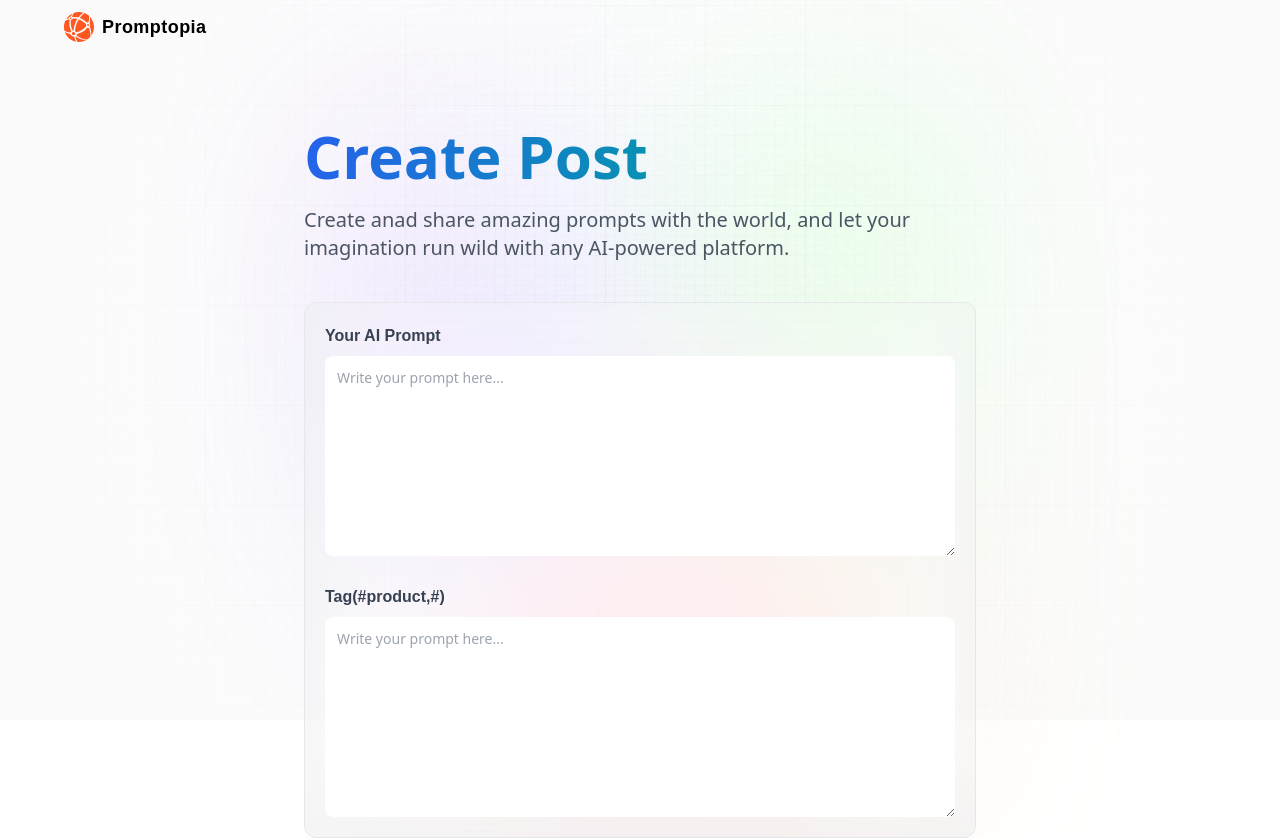
Repository: shraddesh123/promptAI
Page: /create-prompt
An editor plug-in stored every save of this project. The page is shown before and after a run of saves, followed by the edit.
The browser window is 1280 px wide. The pictures show the whole page.
The page's requests for data from a server got no answer. The project was rebuilt for these pictures with package versions that can differ from the ones it lists, and the page was loaded fresh each time. The framework's server and built-in components were replaced by stand-ins that run in the browser. No one was signed in, and anything a server would have sent is missing. Also part of the build but not shown: next.config.mjs.

Above is the page before, as saved 2024-08-02 18:41:45.

### app/layout.jsx

import "@styles/global.css";
import Nav from "@components/Nav";
import Provider from "@components/Provider";


export const metadata = {
    title: "Promptopia",
    description: "Discover & Share AI Prompts",
};
//we did not returning anything like other components
const RootLayout = ({ children }) => (
    <html lang='en'>
        <body>
            <Provider>
                <div className='main'>
                    <div className='gradient' />
                </div>
                <main className='app'>
                    <Nav />
                    {children}
                </main>
            </Provider>
        </body>
    </html>
);

export default RootLayout;

### app/create-prompt/page.jsx
"use client";
import { useState } from "react"
import { useSession } from "next-auth/react";
import { useRouter } from "next/router";

import Form from "@components/Form";


const CreatePrompt = () => {
    const [Submitting, setSubmitting] = useState(false);
    const [Post, setPost] = useState({
        prompt: '',
        tag: '',
    });
    const createPrompt = async (e) => {

    }
    return (
        <div>
            <Form
                type="Create"
                post={Post}
                setPost={setPost}
                Submitting={Submitting}
                handleSubmit={createPrompt}
            />
        </div>
    )
}

export default CreatePrompt

### styles/global.css
@import url("https://fonts.googleapis.com/css2?family=Inter:wght@100;200;300;400;500;600;700;800;900&display=swap");

@tailwind base;
@tailwind components;
@tailwind utilities;

/*
  Note: The styles for this gradient grid background is heavily inspired by the creator of this amazing site (https://dub.sh) – all credits go to them!
*/

.main {
  width: 100vw;
  min-height: 100vh;
  position: fixed;
  display: flex;
  justify-content: center;
  padding: 120px 24px 160px 24px;
  pointer-events: none;
}

.main:before {
  background: radial-gradient(circle, rgba(2, 0, 36, 0) 0, #fafafa 100%);
  position: absolute;
  content: "";
  z-index: 2;
  width: 100%;
  height: 100%;
  top: 0;
}

.main:after {
  content: "";
  background-image: url("/assets/images/grid.svg");
  z-index: 1;
  position: absolute;
  width: 100%;
  height: 100%;
  top: 0;
  opacity: 0.4;
  filter: invert(1);
}

.gradient {
  height: fit-content;
  z-index: 3;
  width: 100%;
  max-width: 640px;
  background-image: radial-gradient(
      at 27% 37%,
      hsla(215, 98%, 61%, 1) 0px,
      transparent 0%
    ),
    radial-gradient(at 97% 21%, hsla(125, 98%, 72%, 1) 0px, transparent 50%),
    radial-gradient(at 52% 99%, hsla(354, 98%, 61%, 1) 0px, transparent 50%),
    radial-gradient(at 10% 29%, hsla(256, 96%, 67%, 1) 0px, transparent 50%),
    radial-gradient(at 97% 96%, hsla(38, 60%, 74%, 1) 0px, transparent 50%),
    radial-gradient(at 33% 50%, hsla(222, 67%, 73%, 1) 0px, transparent 50%),
    radial-gradient(at 79% 53%, hsla(343, 68%, 79%, 1) 0px, transparent 50%);
  position: absolute;
  content: "";
  width: 100%;
  height: 100%;
  filter: blur(100px) saturate(150%);
  top: 80px;
  opacity: 0.15;
}

@media screen and (max-width: 640px) {
  .main {
    padding: 0;
  }
}

/* Tailwind Styles */

.app {
  @apply relative z-10 flex justify-center items-center flex-col max-w-7xl mx-auto sm:px-16 px-6;
}

.black_btn {
  @apply rounded-full border border-black bg-red-500 py-1.5 px-5 text-white transition-all hover:bg-white hover:text-black text-center text-sm font-inter flex items-center justify-center;
}

.outline_btn {
  @apply rounded-full border border-black bg-transparent py-1.5 px-5 text-black transition-all hover:bg-black hover:text-white text-center text-sm font-inter flex items-center justify-center;
}

.head_text {
  @apply mt-5 text-5xl font-extrabold leading-[1.15] text-black sm:text-6xl;
}

.orange_gradient {
  @apply bg-gradient-to-r from-amber-500 via-orange-600 to-yellow-500 bg-clip-text text-transparent;
}

.green_gradient {
  @apply bg-gradient-to-r from-green-400 to-green-500 bg-clip-text text-transparent;
}

.blue_gradient {
  @apply bg-gradient-to-r from-blue-600 to-cyan-600 bg-clip-text text-transparent;
}

.desc {
  @apply mt-5 text-lg text-gray-600 sm:text-xl max-w-2xl;
}

.search_input {
  @apply block w-full rounded-md border border-gray-200 bg-white py-2.5 font-satoshi pl-5 pr-12 text-sm shadow-lg font-medium focus:border-black focus:outline-none focus:ring-0;
}

.copy_btn {
  @apply w-7 h-7 rounded-full bg-white/10 shadow-[inset_10px_-50px_94px_0_rgb(199,199,199,0.2)] backdrop-blur flex justify-center items-center cursor-pointer;
}

.glassmorphism {
  @apply rounded-xl border border-gray-200 bg-white/20 shadow-[inset_10px_-50px_94px_0_rgb(199,199,199,0.2)] backdrop-blur p-5;
}

.prompt_layout {
  @apply space-y-6 py-8 sm:columns-2 sm:gap-6 xl:columns-3;
}

/* Feed Component */
.feed {
  @apply mt-16 mx-auto w-full max-w-xl flex justify-center items-center flex-col gap-2;
}

/* Form Component */
.form_textarea {
  @apply w-full flex rounded-lg h-[200px] mt-2 p-3 text-sm text-gray-500 outline-0;
}

.form_input {
  @apply w-full flex rounded-lg mt-2 p-3 text-sm text-gray-500 outline-0;
}

/* Nav Component */
.logo_text {
  @apply max-sm:hidden font-satoshi font-semibold text-lg text-black tracking-wide;
}

.dropdown {
  @apply absolute right-0 top-full mt-3 w-full p-5 rounded-lg bg-white min-w-[210px] flex flex-col gap-2 justify-end items-end;
}

.dropdown_link {
  @apply text-sm font-inter text-gray-700 hover:text-gray-500 font-medium;
}

/* PromptCard Component */
.prompt_card {
  @apply flex-1 break-inside-avoid rounded-lg border border-gray-300 bg-white/20 bg-clip-padding p-6 pb-4 backdrop-blur-lg backdrop-filter md:w-[360px] w-full h-fit;
}

.flex-center {
  @apply flex justify-center items-center;
}

.flex-start {
  @apply flex justify-start items-start;
}

.flex-end {
  @apply flex justify-end items-center;
}

.flex-between {
  @apply flex justify-between items-center;
}

### components/Nav.jsx
"use client";
import Link from "next/link"
import Image from "next/image"
import { useState, useEffect } from "react"
import { signIn, signOut, useSession, getProviders } from 'next-auth/react'


const Nav = () => {

    const { data: session } = useSession();
    const [providers, setProviders] = useState(null);
    const [toggleDropdown, setToggleDropdown] = useState(false);

    useEffect(() => {//functional component to fetch the available authentication providers from the next-auth library
        const setUpProviders = async () => {
            const res = await getProviders();//the getProviders function is called and the result is stored in the res variable.
            setProviders(res);
            // The setProviders function is then called with the res variable to update the providers state variable.
        }
        setUpProviders();
    }, []);


    return (
        <nav className="flex-between w-full mb-16 pt-3">
            <Link
                href="/"
                className="flex gap-2 flex-center">

                <Image
                    src="/assets/images/logo.svg"
                    width={30}
                    height={30}
                    className="object-contain"
                    alt="logo"
                />

                <p className="logo_text">Promptopia</p>

            </Link>
            {/*desktop navigation*/}
            <div className="sm:flex hidden">
                {session?.user ? (
                    <div className="flex gap-3 md:gap-5">
                        <Link
                            href="/create-prompt"
                            className="black_btn"
                        >
                            Create Post
                        </Link>
                        <button
                            type="button"
                            onClick={signOut}
                            className="outline_btn">
                            Sign Out
                        </button>
                        <Link href="/profile">
                            <Image
                                src={session?.user.image}
                                width={37}
                                height={37}
                                className="rounded-full"
                                alt="profile"
                            />
                        </Link>
                    </div>
                ) : (
                    <>
                        {providers &&
                            Object.values(providers).map((provider) => (
                                <button
                                    type='button'
                                    key={provider.name}
                                    onClick={() => {
                                        signIn(provider.id);
                                    }}
                                    className='black_btn'
                                >
                                    Sign In
                                </button>
                            ))}
                    </>
                )}
            </div>
            {/*mobile navigation*/}
            <div className="sm:hidden flex relative">
                {session?.user ? (
                    <div className="flex">
                        <Image
                            src={session?.user.image}
                            width={30}
                            height={30}
                            className="object-contain cursor-pointer"
                            alt="profile"
                            onClick={() => setToggleDropdown(!toggleDropdown)}//prev is a reference to the previous value of the toggleDropdown state variable.!prev expression is used to toggle the value of prev. If prev is true, !prev will be false, and vice versa.
                        />
                        {toggleDropdown && (
                            <div className="dropdown">
                                <Link
                                    href='/profile'
                                    className='dropdown_link'
                                    onClick={() => setToggleDropdown(false)}
                                >
                                    My Profile
                                </Link>
                                <Link
                                    href='/create-prompt'
                                    className='dropdown_link'
                                    onClick={() => setToggleDropdown(false)}
                                >
                                    Create Post
                                </Link>
                                <button
                                    type="button"
                                    onClick={() => {
                                        setToggleDropdown(false);
                                        signOut();
                                    }}
                                    className="mt-5 w-full black_btn"
                                >
                                    Sign Out
                                </button>
                            </div>
                        )}
                    </div>
                )
                    :
                    (
                        <>
                            {providers &&
                                Object.values(providers).map((provider) => (
                                    <button
                                        type='button'
                                        key={provider.name}
                                        onClick={() => {
                                            signIn(provider.id);
                                        }}
                                        className='black_btn'
                                    >
                                        Sign in
                                    </button>
                                ))}
                        </>
                    )}
            </div>
        </nav>
    )
}

export default Nav

### components/Provider.jsx
"use client";
import { SessionProvider } from 'next-auth/react'

const Provider = ({ children, session }) => {

  return (
    <SessionProvider session={session}>
      {children}
    </SessionProvider>
  )
}

export default Provider

### components/Form.jsx
import Link from "next/link"

const Form = ({ type, post, setPost, Submitting, handleSubmit }) => {
  return (
    <section className="w-full max-w-full flex-start flex-col">
      <h1 className="head_text text-left "> <span className="blue_gradient">{type} Post</span></h1>
      <p className="desc text-left max-w-md">
        {type} anad share amazing prompts with the world, and let your imagination run wild with any AI-powered platform.
      </p>
      <form
        onSubmit={handleSubmit}
        className="mt-10 w-full max-w-2xl flex flex-col gap-7 glassmorphism">
        <label>
          <span className="font-satoshi font-semibold text-base text-gray-700">Your AI Prompt</span>
          <textarea value={post.prompt} onChange={(e) => setPost({
            ...post,
            prompt: e.target.value
          })}
            placeholder="Write your prompt here..."
            className="form_textarea" />
        </label>
        <label>
          <span className="font-satoshi font-semibold text-base text-gray-700">Tag
            <span>(#product,#)</span>
          </span>
          <textarea value={post.prompt} onChange={(e) => setPost({
            ...post,
            prompt: e.target.value
          })}
            placeholder="Write your prompt here..."
            className="form_textarea" />
        </label>
      </form>
    </section>
  )
}

export default Form

Loaded but not shown: tailwind.config.js (common file)

After the next 3 saves:
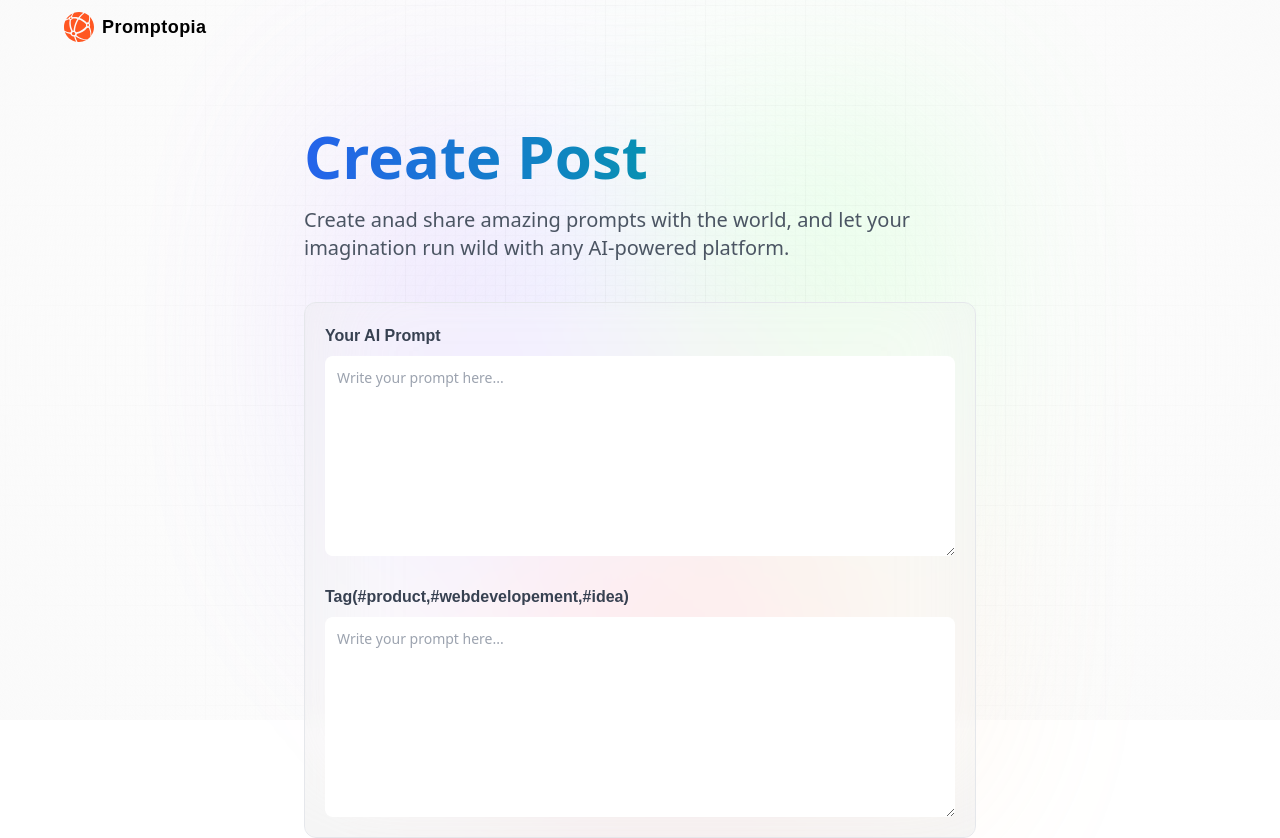
The 3 saves are shown as one change because they came seconds apart.
The last was saved 20 s later.
--- a/components/Form.jsx
+++ b/components/Form.jsx
@@ -21,7 +21,7 @@ const Form = ({ type, post, setPost, Submitting, handleSubmit }) => {
         </label>
         <label>
           <span className="font-satoshi font-semibold text-base text-gray-700">Tag
-            <span>(#product,#)</span>
+            <span>(#product,#webdevelopement,#idea)</span>
           </span>
           <textarea value={post.prompt} onChange={(e) => setPost({
             ...post,
